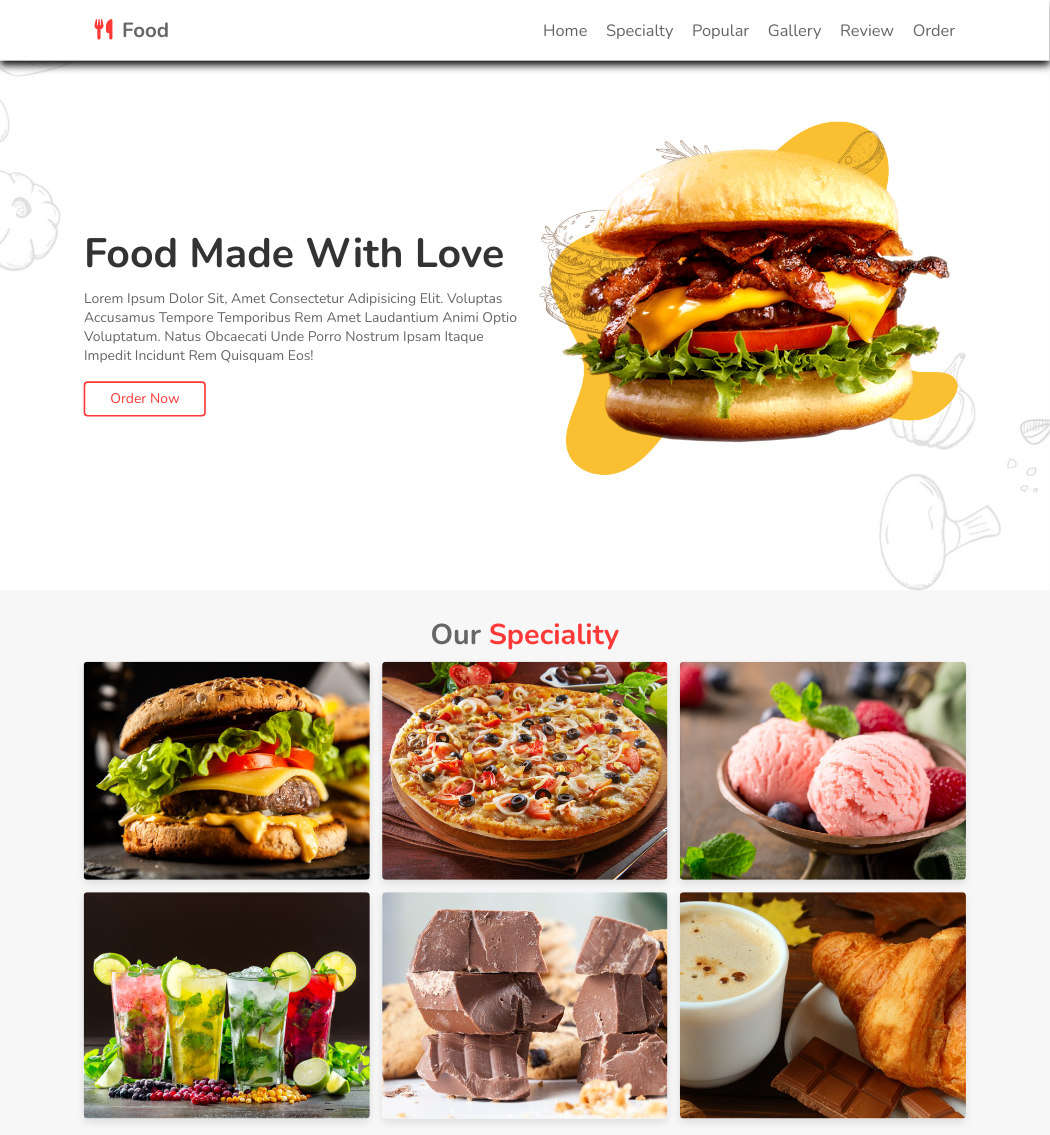
Repository: wenxi0504/ResturantApp-static-
Page: index.html
The author's editor kept a copy of each file at every save. The page is drawn from the files as they stood at one save, then again after the next save.
The browser window is 1280 px wide. The pictures show the whole page, at 82% of full size.

Above is the page before, as saved 2022-01-09 23:52:14.
Console error: TypeError: Cannot read properties of null (reading 'classList')

### index.html
<!DOCTYPE html>
<html lang="en">
  <head>
    <meta charset="UTF-8" />
    <meta http-equiv="X-UA-Compatible" content="IE=edge" />
    <meta name="viewport" content="width=device-width, initial-scale=1.0" />
    <title>Maple Yip Seafood Restaurant</title>
    <!-- font awesome cnd link-->
    <link
      rel="stylesheet"
      href="https://cdnjs.cloudflare.com/ajax/libs/font-awesome/6.0.0-beta3/css/all.min.css"
    />
    <!--custom css link-->
    <link rel="stylesheet" href="./style.css" />
  </head>
  <body>
    <!--header section-->
    <header>
      <!-- current page-->
      <a href="#" class="logo"><i class="fas fa-utensils"></i> food </a>
      <div id="menu-bar" class="fas fa-bars"></div>
      <nav class="navbar">
        <a href="#home">Home</a>
        <a href="#speciality">Specialty</a>
        <a href="#popular">Popular</a>
        <a href="#gallery">gallery</a>
        <a href="#revire">Review</a>
        <a href="#order">Order</a>
      </nav>
    </header>
    <!-- header section ends-->
    <!--home section-->
    <section class="home" id="home">
      <div class="content">
        <h3>food made with love</h3>
        <p>
          Lorem ipsum dolor sit, amet consectetur adipisicing elit. Voluptas
          accusamus tempore temporibus rem amet laudantium animi optio
          voluptatum. Natus obcaecati unde porro nostrum ipsam itaque impedit
          incidunt rem quisquam eos!
        </p>
        <a href="#" class="btn">order now</a>
      </div>
      <div class="image">
        <img src="images/home-img.png" alt="home-img" />
      </div>
    </section>
    <!--home section ends-->

<!--Specialty section -->
<section class="speciality" id="speciality">
    <h1 class="heading">Our <span>Speciality</span></h1>
    <div class="box-container">
        <div class="box">
            <img class="image" src="images/s-img-1.jpg" alt="s-image">
            <div class="content">
                <img src="images/s-1.png" alt="s-1">
                <h3>tasty burger</h3>
                <p>Lorem ipsum dolor sit amet consectetur adipisicing elit. Assumenda inventore neque amet ipsa tenetur voluptates aperiam tempore libero labore aut.</p>
            </div>
        </div>
        <div class="box">
            <img class="image" src="images/s-img-2.jpg" alt="">
            <div class="content">
                <img src="images/s-2.png" alt="">
                <h3>tasty pizza</h3>
                <p>Lorem ipsum dolor sit amet consectetur adipisicing elit. Assumenda inventore neque amet ipsa tenetur voluptates aperiam tempore libero labore aut.</p>
            </div>
        </div>
        <div class="box">
            <img class="image" src="images/s-img-3.jpg" alt="">
            <div class="content">
                <img src="images/s-3.png" alt="">
                <h3>cold ice-cream</h3>
                <p>Lorem ipsum dolor sit amet consectetur adipisicing elit. Assumenda inventore neque amet ipsa tenetur voluptates aperiam tempore libero labore aut.</p>
            </div>
        </div>
        <div class="box">
            <img class="image" src="images/s-img-4.jpg" alt="">
            <div class="content">
                <img src="images/s-4.png" alt="">
                <h3>cold drinks</h3>
                <p>Lorem ipsum dolor sit amet consectetur adipisicing elit. Assumenda inventore neque amet ipsa tenetur voluptates aperiam tempore libero labore aut.</p>
            </div>
        </div>
        <div class="box">
            <img class="image" src="images/s-img-5.jpg" alt="">
            <div class="content">
                <img src="images/s-5.png" alt="">
                <h3>tasty sweets</h3>
                <p>Lorem ipsum dolor sit amet consectetur adipisicing elit. Assumenda inventore neque amet ipsa tenetur voluptates aperiam tempore libero labore aut.</p>
            </div>
        </div>
        <div class="box">
            <img class="image" src="images/s-img-6.jpg" alt="">
            <div class="content">
                <img src="images/s-6.png" alt="">
                <h3>healty breakfast</h3>
                <p>Lorem ipsum dolor sit amet consectetur adipisicing elit. Assumenda inventore neque amet ipsa tenetur voluptates aperiam tempore libero labore aut.</p>
            </div>
        </div>
    </div>
</section>
<!--Specialty section ends-->
    <!--custom js file link-->
    <script src="script.js"></script>
  </body>
</html>

### style.css
@import url('https://fonts.googleapis.com/css2?family=Nunito:wght@200;300;400;600;700&display=swap');

:root{
--red:#ff3838;
}
 /* match everything */
*{
    font-family: 'Nunito', sans-serif;
    margin:0;
    padding:0;
    box-sizing:border-box;
    outline:none;
    border:none;
    text-decoration: none;
    /* text 大小写 */
    text-transform: capitalize;
    transition: all .2s linear;
}

/* the part that the user choose to highlight */
*::selection{
    background:var(--red);
    color:#fff;
  }

html{
    font-size: 62.5%;
    overflow-x: hidden;
    scroll-behavior: smooth;
    scroll-padding-top:6rem;
}

body{
    background: #f7f7f7;
}

header{
    position:fixed;
    top:0;
    left:0;
    right: 0;
    z-index:1000;
    display: flex;
    align-items: center;
    justify-content: space-between;
    background:#fff;
    padding:2rem 9%;
    box-shadow: 0 .5rem 1rem rgba(0,0,0,1);

}

header .logo{
    font-size:2.5rem;
    font-weight: bolder;
    color:#666;
}

header .logo i{
    padding-right: .5rem;
    color:var(--red);
}

header .navbar a{
    font-size: 2rem;
    margin-left: 2rem;
    color:#666;
  }

header .navbar a:hover{

    color:var(--red);
}

#menu-bar{

    font-size:3rem;
    cursor:pointer;
    color:#666;
    border:.1rem solid #666;
    border-radius: .3rem;
    padding:.5rem 1.5rem;
    display: none;
}
/* section part  */
section{
  padding: 2rem 8%;
}

.home{
  display:flex;
  flex-wrap: wrap;
  gap:1.5rem;
  min-height:100vh;
  align-items:center;
  background:url(./images/home-bg.jpg) no-repeat;
  background-size:cover;
  background-position: center;
}

.home .content{
  flex: 1 1 40rem;
  padding-top: 6.5rem;
}

.home .image{
  flex: 1 1 40rem;
}

/* image floating upside-down */
.home .image img{
  width:100%;
  padding:1rem;
  animation:float 3s linear infinite;
}

@keyframes float{
  0%, 100%{
    transform:translateY(0rem);
  }
  50%{
    transform:translateY(3rem);
  }
}

.home .content h3{
font-size: 5rem;
color:#333;
}

.home .content p{
  font-size: 1.7rem;
  color:#666;
  padding:1rem 0;
}

/* order button */
.btn{
  display: inline-block;
  padding:.8rem 3rem;
  border:.2rem solid var(--red);
  color:var(--red);
  cursor: pointer;
  font-size:1.7rem;
  border-radius:.5rem;
  position: relative;
  overflow: hidden;
  z-index: 0;
  margin-top: 1rem;
}

.btn::before{
  content: '';
  position: absolute;
  top:0; right: 0;
  width:0%;
  height:100%;
  background:var(--red);
  transition: .3s linear;
  z-index: -1;
}

.btn:hover::before{
  width:100%;
  left:0;
}

.btn:hover{
  color:#fff;
}

/* Speciality */
/* Our Speciality */
.heading{
  text-align:center;
  font-size:3.5rem;
  padding:1rem;
  color:#666
}

.heading span{
  color:var(--red);
}

.speciality .box-container{
  display: flex;
  flex-wrap: wrap;
  gap:1.5rem;
}

.speciality .box-container .box{
  flex:1 1 30rem;
  position: relative;
  overflow: hidden;
  box-shadow: 0 .5rem 1rem rgba(0,0,0,.1);
  cursor: pointer;
  border-radius:.5rem;

}

.speciality .box-container .box .image{
  height: 100%;
  width: 100%;
  object-fit: cover;
  position: absolute;
  top:0%;
  left:0;
}

.speciality .box-container .box .content{
  text-align: center;
  background:#fff;
  padding:2rem;
}

.speciality .box-container .box .content img{
  margin:1.5rem 0;
}

.speciality .box-container .box .content h3{
  font-size: 2.5rem;
  color:#333;
}

.speciality .box-container .box .content p{
  font-size: 1.6rem;
  color:#666;
  padding:1rem 0;
}

.speciality .box-container .box:hover .image{
  top:0;
}

.speciality .box-container .box:hover .content{
  transform: translateY(100%);
}





/* media queries for different devices */


@media(max-width:991px){

    html{
      font-size: 55%;
    }

    header{
      padding:2rem;
    }

    section{
      padding:2rem;
    }

  }

  @media(max-width:768px){

    #menu-bar{
      display: initial;
    }

    header .navbar{
      position: absolute;
      top:100%; left: 0; right:0;
      background: #f7f7f7;
      border-top: .1rem solid rgba(0,0,0,.1);
      clip-path: polygon(0 0, 100% 0, 100% 0%, 0 0);
    }

    header .navbar.active{
      clip-path: polygon(0 0, 100% 0, 100% 100%, 0% 100%);
    }

    header .navbar a{
      margin: 1.5rem;
      padding:1.5rem;
      display: block;
      border:.2rem solid rgba(0,0,0,.1);
      border-left:.5rem solid var(--red);
      background:#fff;

    }

  }


  @media(max-width:450px){

    html{
      font-size: 50%;
    }

    .order .row form .inputBox input{
      width:100%;}
    }

### script.js
let menu= document.querySelector('#menu-bar');
let navbar=document.querySelector('.navbar');

menu.onclick=()=>{
    // 'fa-time' is "X" icon
    menu.classList.toggle('fa-times');
    navbar.classList.toggle('active');
}

window.onscroll= () =>{
    menu.classList.remove('fa-times');
    navbar.classList.remove('active');

    if(window.scrollY>60)
    {
        document.querySelector('#scroll-top').classList.add('active');
    }
    else
    {   document.querySelector('#scroll-top').classList.remove('active');

    }
}

After the next save:
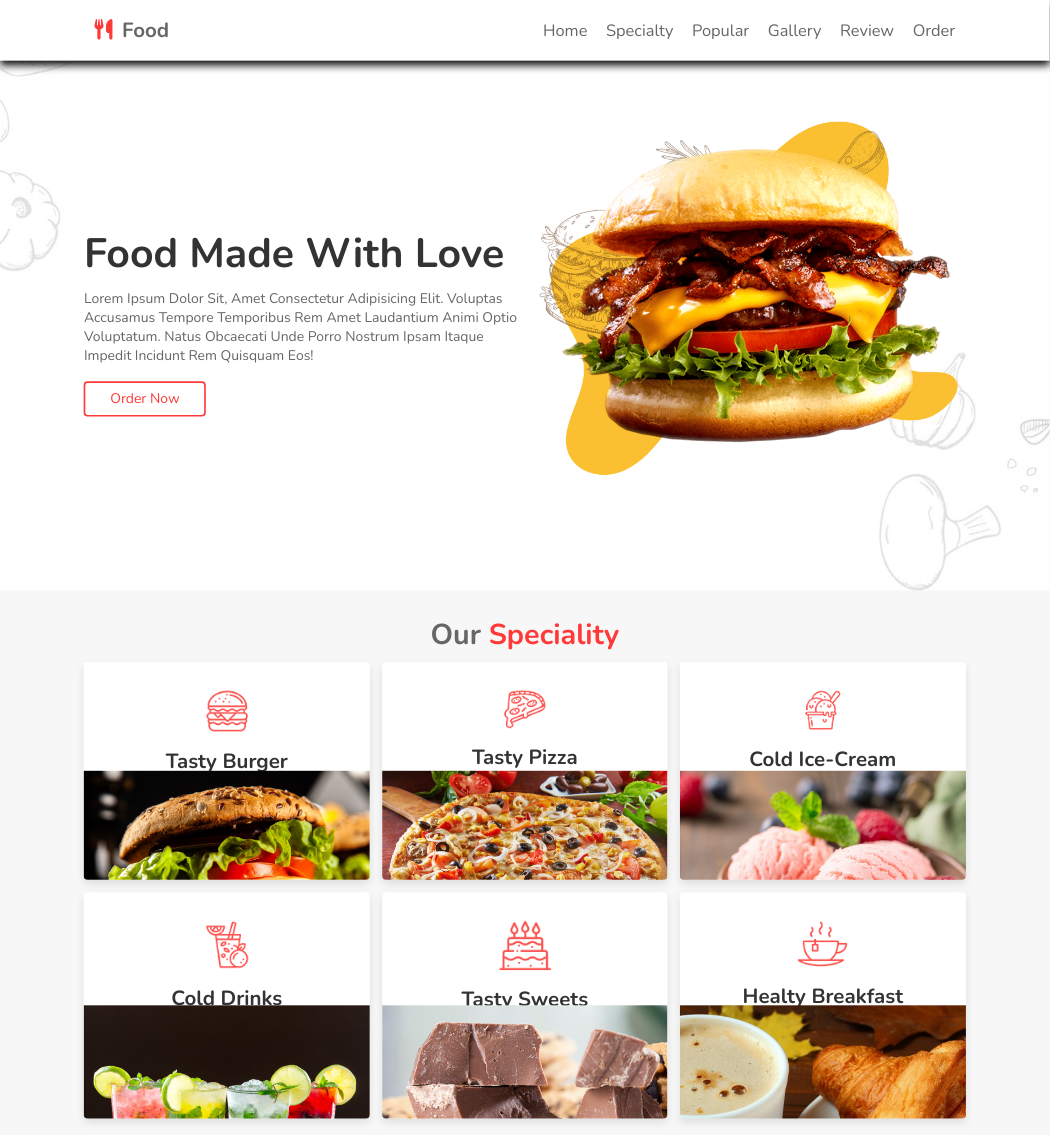
Saved 20 s later.
--- a/style.css
+++ b/style.css
@@ -202,7 +202,7 @@ color:#333;
   width: 100%;
   object-fit: cover;
   position: absolute;
-  top:0%;
+  top:50%;
   left:0;
 }
 
